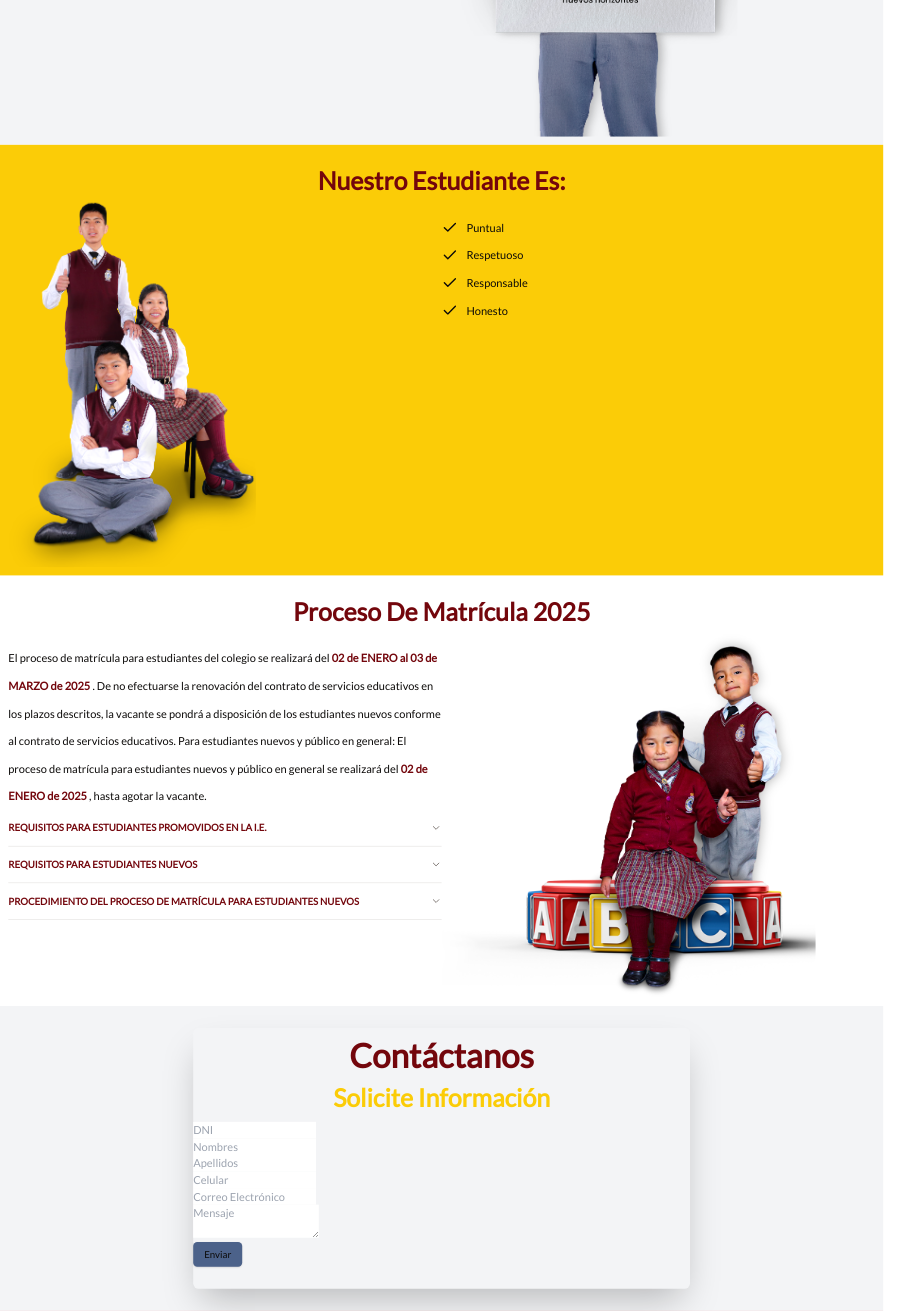
Repository: jefrydep/new_horizont_school
Page: /
These files come from the project's save history. The page is drawn as it stood at one moment and after the next save; the edit follows.
The browser window is 1280 px wide. The page is 1328 px wide, so the pictures cover 1328 px, including what lies to the right of the window. The pictures show the part of the page from y = 1826 to 3726 px (the page is 4656 px tall before and 4668 px after), at 69% of full size.
Pictures or frames that could not be fetched are drawn as grey boxes. The project was rebuilt for these pictures with package versions that can differ from the ones it lists, and the page was loaded fresh each time. The framework's server and built-in components were replaced by stand-ins that run in the browser. Also part of the build but not shown: next.config.ts.

Above is the page before, as saved 2024-11-28 20:45:17.

### src/app/layout.tsx
import type { Metadata } from "next";
import "./globals.css";
import Navbar from "@/components/Navbar";
import Footer from "@/components/Footer";


import { Lato } from 'next/font/google'

const lato = Lato({
  weight: '400',
  subsets: ['latin'],
  display: 'swap',
})

export const metadata: Metadata = {
  title: "COLEGIO INTERNACIONAL NUEVO HORIZONTE - JULIACA",
  description: "el mejor colegio de JULIACA,Colegio internacional nuevo horizonte",
};

export default function RootLayout({
  children,
}: Readonly<{
  children: React.ReactNode;
}>) {
  return (
    <html lang="es">

      <body
        className={` ${lato.className} antialiased `}
      >

        <div className="">
          <Navbar />
        </div>
        <main className="   ">

          {children}
          <div className="flex flex-col fixed  bottom-2     z-50   sm:top-1/2  gap-2">
            <a href="https://wa.me/+51999070701?text=Me%20gustar%C3%ADa%20recibir%20m%C3%A1s%20informaci%C3%B3n%20sobre%20el%20proceso%20de%20matr%C3%ADcula,%20requisitos%20y%20fechas%20importantes.%20Agradecer%C3%ADa%20su%20orientaci%C3%B3n%20para%20poder%20completar%20mi%20inscripci%C3%B3n%20de%20manera%20adecuada.%0A%0AQuedo%20atento%20a%20su%20respuesta.%0A%0ASaludos%20cordiales,%0A" target="_blank">
              {/* Solicitar información */}
              <img src="/whatsapp.png" alt="" className=" animate-bounce h-11  sm:h-16" />
            </a>

            <a href="https://www.tiktok.com/@colegionuevohorizonte" target="_blank">
              {/* Solicitar información */}
              <img src="/tik-tok.png" alt="" className=" animate-bounce h-11  sm:h-16 " />
            </a>
            <a href="https://www.facebook.com/internuevohorizonte  " target="_blank">
              {/* Solicitar información */}
              <img src="/facebook.png" alt="" className=" animate-bounce h-11  sm:h-16 " />
            </a>
            <a href="https://www.instagram.com/colegionuevohorizontejuliaca" target="_blank">
              {/* Solicitar información */}
              <img src="/instagram.png" alt="" className=" animate-bounce h-11  sm:h-16" />
            </a>
          </div>
        </main>
        <Footer />
      </body>
    </html>
  );
}

### src/app/page.tsx
import Form from "@/components/Form";
import Hero from "@/components/Hero";
import Location from "@/components/Location";
import PresentationCard from "@/components/PresentationCard";
import RegisterCard from "@/components/RegisterCard";
import StudentCard from "@/components/StudentCard";
import TrajectoryCard from "@/components/TrajectoryCard";

export default function Home() {
  return (
    <div className="">
      <Hero colorWave="#fff" title="¡Ya Iniciamos!" subtitle="ADMISION" year="2025" />
      <TrajectoryCard />
      <PresentationCard title="¡Bienvenidos Al Colegio!" subtitle="Nuevo Horizonte" />
      <StudentCard title="Nuestro Estudiante Es:" />
      <RegisterCard title="Proceso De Matrícula 2025" />
      <Form />
      <Location/>
    </div>
  );
}

### src/app/globals.css
@tailwind base;
@tailwind components;
@tailwind utilities;

body {
  font-family: Arial, Helvetica, sans-serif;
}

@layer base {
  :root {
    --background: 0 0% 100%;
    --foreground: 20 14.3% 4.1%;
    --card: 0 0% 100%;
    --card-foreground: 20 14.3% 4.1%;
    --popover: 0 0% 100%;
    --popover-foreground: 20 14.3% 4.1%;
    --primary: 24 9.8% 10%;
    --primary-foreground: 60 9.1% 97.8%;
    --secondary: 60 4.8% 95.9%;
    --secondary-foreground: 24 9.8% 10%;
    --muted: 60 4.8% 95.9%;
    --muted-foreground: 25 5.3% 44.7%;
    --accent: 60 4.8% 95.9%;
    --accent-foreground: 24 9.8% 10%;
    --destructive: 0 84.2% 60.2%;
    --destructive-foreground: 60 9.1% 97.8%;
    --border: 20 5.9% 90%;
    --input: 20 5.9% 90%;
    --ring: 20 14.3% 4.1%;
    --chart-1: 12 76% 61%;
    --chart-2: 173 58% 39%;
    --chart-3: 197 37% 24%;
    --chart-4: 43 74% 66%;
    --chart-5: 27 87% 67%;
    --radius: 0.5rem;
  }
  .dark {
    --background: 20 14.3% 4.1%;
    --foreground: 60 9.1% 97.8%;
    --card: 20 14.3% 4.1%;
    --card-foreground: 60 9.1% 97.8%;
    --popover: 20 14.3% 4.1%;
    --popover-foreground: 60 9.1% 97.8%;
    --primary: 60 9.1% 97.8%;
    --primary-foreground: 24 9.8% 10%;
    --secondary: 12 6.5% 15.1%;
    --secondary-foreground: 60 9.1% 97.8%;
    --muted: 12 6.5% 15.1%;
    --muted-foreground: 24 5.4% 63.9%;
    --accent: 12 6.5% 15.1%;
    --accent-foreground: 60 9.1% 97.8%;
    --destructive: 0 62.8% 30.6%;
    --destructive-foreground: 60 9.1% 97.8%;
    --border: 12 6.5% 15.1%;
    --input: 12 6.5% 15.1%;
    --ring: 24 5.7% 82.9%;
    --chart-1: 220 70% 50%;
    --chart-2: 160 60% 45%;
    --chart-3: 30 80% 55%;
    --chart-4: 280 65% 60%;
    --chart-5: 340 75% 55%;
  }
}

@layer base {
  * {
    @apply border-border;
  }
  body {
    @apply bg-background text-foreground;
  }
}
@keyframes slideDown {
  0% {
    transform: translateY(-20px);
    opacity: 0;
  }
  100% {
    transform: translateY(0);
    opacity: 1;
  }
}

.animate-slide-down {
  animation: slideDown 1s ease-out forwards;
}

/* Animación con retraso para un efecto de secuencia */
.animate-slide-down-delay-1 {
  animation: slideDown 1s ease-out forwards;
  animation-delay: 0.3s; /* Retraso para el primer texto */
}

.animate-slide-down-delay-2 {
  animation: slideDown 1s ease-out forwards;
  animation-delay: 0.6s; /* Retraso para el segundo texto */
}

### src/components/Form.tsx
"use client";

import React from "react";
import { Formik, Form, Field, ErrorMessage } from "formik";
import * as Yup from "yup";
import emailjs from "@emailjs/browser";
import { Button } from "./ui/button";

const ContactForm: React.FC = () => {
  const handleSubmit = async (
    values: any,
    { resetForm }: { resetForm: () => void }
  ) => {
    console.log(values);
    try {
      await emailjs.send(
        "service_ylr5l7x",
        "template_r33ljy7",
        values,
        "otiLUtXl2K09RKcCf"
      );
      alert("Mensaje enviado exitosamente");
      resetForm();
    } catch (error) {
      console.error("Error al enviar mensaje:", error);
      alert("Hubo un error al enviar el mensaje.");
    }
  };

  const validationSchema = Yup.object({
    dni: Yup.string().required("El DNI es obligatorio"),
    name: Yup.string().required("El nombre es obligatorio"),
    lastname: Yup.string().required("El apellido es obligatorio"),
    cellphone: Yup.string().required("El número de celular es obligatorio"),

    message: Yup.string().required("El mensaje es obligatorio"),
  });

  return (
    <div className="bg-gray-100  py-8">
      <div className="container pb-8 m-auto sm:w-[720px] shadow-2xl rounded-lg">
        <div className="py-4">
          <h5 className="font-bold mb-4  text-title  text-5xl text-center">
            Contáctanos
          </h5>
          <h4 className="font-bold text-4xl text-center text-subtitle">
            Solicite Información
          </h4>
        </div>
        <Formik
          initialValues={{
            dni: "",
            name: "",
            lastname: "",
            cellphone: "",
            email: "",
            message: "",
          }}
          validationSchema={validationSchema}
          onSubmit={handleSubmit}
        >
          <Form>
            <div>
              <Field name="dni" placeholder="DNI" className="input"   />
              <ErrorMessage
                name="dni"
                component="div"
                className="text-red-500"
              />
            </div>
            <div>
              <Field name="name" placeholder="Nombres" className="input" />
              <ErrorMessage
                name="name"
                component="div"
                className="text-red-500"
              />
            </div>
            <div>
              <Field
                name="lastname"
                placeholder="Apellidos"
                className="input"
              />
              <ErrorMessage
                name="lastname"
                component="div"
                className="text-red-500"
              />
            </div>
            <div>
              <Field name="cellphone" placeholder="Celular" className="input" />
              <ErrorMessage
                name="cellphone"
                component="div"
                className="text-red-500"
              />
            </div>
            <div>
              <Field
                name="email"
                placeholder="Correo Electrónico"
                className="input"
              />
              <ErrorMessage
                name="email"
                component="div"
                className="text-red-500"
              />
            </div>
            <div>
              <Field
                name="message"
                as="textarea"
                placeholder="Mensaje"
                className="input"
              />
              <ErrorMessage
                name="message"
                component="div"
                className="text-red-500"
              />
            </div>
            <Button type="submit">Enviar</Button>
          </Form>
        </Formik>
      </div>
    </div>
  );
};

export default ContactForm;

### src/components/Location.tsx

export default function Location() {
    return (
        <div className='w-full container m-auto bg-red-400'>
            {/* <iframe src="https://www.google.com/maps/embed?pb=!1m18!1m12!1m3!1d3844.9316625787906!2d-70.12231792745375!3d-15.488107585110283!2m3!1f0!2f0!3f0!3m2!1i1024!2i768!4f13.1!3m3!1m2!1s0x9167f3956c2bda63%3A0x64c4524617e0482a!2sColegio%20Nuevo%20Horizonte!5e0!3m2!1ses-419!2spe!4v1731094832258!5m2!1ses-419!2spe" width="600" height="450" style="border:0;" allowfullscreen="" loading="lazy" referrerpolicy="no-referrer-when-downgrade"></iframe> */}
            <iframe src="https://www.google.com/maps/embed?pb=!1m18!1m12!1m3!1d3844.9316625787906!2d-70.12231792745375!3d-15.488107585110283!2m3!1f0!2f0!3f0!3m2!1i1024!2i768!4f13.1!3m3!1m2!1s0x9167f3956c2bda63%3A0x64c4524617e0482a!2sColegio%20Nuevo%20Horizonte!5e0!3m2!1ses-419!2spe!4v1731094832258!5m2!1ses-419!2spe" width="100%" height="450"   loading="lazy"  ></iframe>
        </div>
    )
}

### src/components/PresentationCard.tsx
import {
    Accordion,
    AccordionContent,
    AccordionItem,
    AccordionTrigger,
} from "@/components/ui/accordion"


interface Props {
    title: string;
    subtitle: string;

}

export default function PresentationCard({ title, subtitle }: Props) {
    return (
        <div className="bg-gray-100">

            <div className="container grid  grid-cols-1 sm:grid-cols-2 gap-10   m-auto p-3">
                <div className="  w-full ">
                    <h4 className="text-4xl mt-4">{title}</h4>
                    <h4 className="text-4xl font-bold text-title">{subtitle}</h4>
                    <div className="leading-10 text-base mt-4">

                        <p>
                            El talento y la inteligencia de nuestros estudiantes y la alta preparación de nuestros docentes nos han hecho merecedores de los primeros lugares en premios de talla local, nacional. Ahora vamos por más...
                            Rumbo a las Bodas de Plata.

                        </p>

                    </div>
                    <div>
                        <Accordion type="single" collapsible>

                            <AccordionItem value="item-1 "  >
                                <AccordionTrigger className="text-title font-bold ">NIVEL PRIMARIA </AccordionTrigger>
                                <AccordionContent className="text-base leading-8">
                                    ¡Excelencia y dedicación en la formación del estudiante!
                                    Preparamos a nuestros estudiantes para responder a las exigencias de un mundo globalizado.
                                </AccordionContent>
                            </AccordionItem>


                            <AccordionItem value="item-2 "  >
                                <AccordionTrigger className="text-title font-bold ">NIVEL SECUNDARIA </AccordionTrigger>
                                <AccordionContent className="text-base leading-8">
                                    ¡Calidad e innovación en una formación integral!
                                    Nuestra finalidad fundamental es consolidar a través de un trabajo especializado por áreas, un plan estructurado de las áreas curriculares que está enfocado en el desarrollo de competencias y proyectos científicos.
                                </AccordionContent>
                            </AccordionItem>
                        </Accordion>




                    </div>
                </div>
                <div>
                    <img src="/matricula.png" alt=""  className="sm:h-[35rem]"/>
                </div>


            </div>
        </div>
    )
}

### src/components/StudentCard.tsx
import { Check } from "lucide-react";
const student = [
    {
        id: 1,
        profile: "Puntual"
    },
    {
        id: 2,
        profile: "Respetuoso"
    },
    {
        id: 3,
        profile: "Responsable"
    },
    {
        id: 4,
        profile: "Honesto"
    },

]
interface Props {
    title: string;

}
export default function StudentCard({ title }: Props) {
    return (
        <div className="bg-[#fbcc07] pt-8">

            <h4 className="text-4xl  text-title text-center font-bold">{title}</h4>
            <div className="container grid  grid-cols-1 sm:grid-cols-2   m-auto p-3">
                <div>
                    <img src="/SECUNDARIA.png" alt="nivel primaria" className="h-[23rem] sm:h-[33rem]" />
                </div>
                <div className="  w-full ">
                    {/* <h4 className="text-4xl">{subtitle}</h4> */}
                    <div className="leading-10 text-base mt-4">
                        {student.map(student => (



                            <span key={student.id} className="flex   items-center">
                                <Check />
                                <p className="ml-3">
                                    {student.profile}
                                </p>
                            </span>
                        ))}

                    </div>

                </div>


            </div>
        </div>
    )
}

### src/components/ui/button.tsx
import * as React from "react"
import { Slot } from "@radix-ui/react-slot"
import { cva, type VariantProps } from "class-variance-authority"

import { cn } from "@/lib/utils"

const buttonVariants = cva(
  "inline-flex items-center justify-center gap-2 whitespace-nowrap rounded-md text-sm font-medium transition-colors focus-visible:outline-none focus-visible:ring-1 focus-visible:ring-ring disabled:pointer-events-none disabled:opacity-50 [&_svg]:pointer-events-none [&_svg]:size-4 [&_svg]:shrink-0",
  {
    variants: {
      variant: {
        default:
          "bg-primary text-primary-foreground shadow hover:bg-primary/90",
        destructive:
          "bg-destructive text-destructive-foreground shadow-sm hover:bg-destructive/90",
        outline:
          "border border-input bg-background shadow-sm hover:bg-accent hover:text-accent-foreground",
        secondary:
          "bg-secondary text-secondary-foreground shadow-sm hover:bg-secondary/80",
        ghost: "hover:bg-accent hover:text-accent-foreground",
        link: "text-primary underline-offset-4 hover:underline",
      },
      size: {
        default: "h-9 px-4 py-2",
        sm: "h-8 rounded-md px-3 text-xs",
        lg: "h-10 rounded-md px-8",
        icon: "h-9 w-9",
      },
    },
    defaultVariants: {
      variant: "default",
      size: "default",
    },
  }
)

export interface ButtonProps
  extends React.ButtonHTMLAttributes<HTMLButtonElement>,
    VariantProps<typeof buttonVariants> {
  asChild?: boolean
}

const Button = React.forwardRef<HTMLButtonElement, ButtonProps>(
  ({ className, variant, size, asChild = false, ...props }, ref) => {
    const Comp = asChild ? Slot : "button"
    return (
      <Comp
        className={cn(buttonVariants({ variant, size, className }))}
        ref={ref}
        {...props}
      />
    )
  }
)
Button.displayName = "Button"

export { Button, buttonVariants }

### src/components/ui/accordion.tsx
"use client"

import * as React from "react"
import * as AccordionPrimitive from "@radix-ui/react-accordion"
import { ChevronDown } from "lucide-react"

import { cn } from "@/lib/utils"

const Accordion = AccordionPrimitive.Root

const AccordionItem = React.forwardRef<
  React.ElementRef<typeof AccordionPrimitive.Item>,
  React.ComponentPropsWithoutRef<typeof AccordionPrimitive.Item>
>(({ className, ...props }, ref) => (
  <AccordionPrimitive.Item
    ref={ref}
    className={cn("border-b", className)}
    {...props}
  />
))
AccordionItem.displayName = "AccordionItem"

const AccordionTrigger = React.forwardRef<
  React.ElementRef<typeof AccordionPrimitive.Trigger>,
  React.ComponentPropsWithoutRef<typeof AccordionPrimitive.Trigger>
>(({ className, children, ...props }, ref) => (
  <AccordionPrimitive.Header className="flex">
    <AccordionPrimitive.Trigger
      ref={ref}
      className={cn(
        "flex flex-1 items-center justify-between py-4 text-sm font-medium transition-all hover:underline text-left [&[data-state=open]>svg]:rotate-180",
        className
      )}
      {...props}
    >
      {children}
      <ChevronDown className="h-4 w-4 shrink-0 text-muted-foreground transition-transform duration-200" />
    </AccordionPrimitive.Trigger>
  </AccordionPrimitive.Header>
))
AccordionTrigger.displayName = AccordionPrimitive.Trigger.displayName

const AccordionContent = React.forwardRef<
  React.ElementRef<typeof AccordionPrimitive.Content>,
  React.ComponentPropsWithoutRef<typeof AccordionPrimitive.Content>
>(({ className, children, ...props }, ref) => (
  <AccordionPrimitive.Content
    ref={ref}
    className="overflow-hidden text-sm data-[state=closed]:animate-accordion-up data-[state=open]:animate-accordion-down"
    {...props}
  >
    <div className={cn("pb-4 pt-0", className)}>{children}</div>
  </AccordionPrimitive.Content>
))
AccordionContent.displayName = AccordionPrimitive.Content.displayName

export { Accordion, AccordionItem, AccordionTrigger, AccordionContent }

### tailwind.config.ts
import type { Config } from "tailwindcss";

export default {
	darkMode: ["class"],
	content: [
		"./src/pages/**/*.{js,ts,jsx,tsx,mdx}",
		"./src/components/**/*.{js,ts,jsx,tsx,mdx}",
		"./src/app/**/*.{js,ts,jsx,tsx,mdx}",
	],
	theme: {
    	extend: {
    		colors: {
    			background: 'hsl(var(--background))',
    			foreground: 'hsl(var(--foreground))',
    			card: {
    				DEFAULT: 'hsl(var(--card))',
    				foreground: 'hsl(var(--card-foreground))'
    			},
    			popover: {
    				DEFAULT: 'hsl(var(--popover))',
    				foreground: 'hsl(var(--popover-foreground))'
    			},
    			primary: {
    				DEFAULT: '#4c628a'
    			},
    			secondary: {
    				DEFAULT: '#1c1c1c'
    			},
    			backgroundGray: {
    				DEFAULT: '#d1d1d1'
    			},
				title:{
					DEFAULT:"#73060C"
				},
				subtitle:{
					DEFAULT:"#fbcc07"
				},
    			muted: {
    				DEFAULT: 'hsl(var(--muted))',
    				foreground: 'hsl(var(--muted-foreground))'
    			},
    			accent: {
    				DEFAULT: 'hsl(var(--accent))',
    				foreground: 'hsl(var(--accent-foreground))'
    			},
    			destructive: {
    				DEFAULT: 'hsl(var(--destructive))',
    				foreground: 'hsl(var(--destructive-foreground))'
    			},
    			border: 'hsl(var(--border))',
    			input: 'hsl(var(--input))',
    			ring: 'hsl(var(--ring))',
    			chart: {
    				'1': 'hsl(var(--chart-1))',
    				'2': 'hsl(var(--chart-2))',
    				'3': 'hsl(var(--chart-3))',
    				'4': 'hsl(var(--chart-4))',
    				'5': 'hsl(var(--chart-5))'
    			}
    		},
    		borderRadius: {
    			lg: 'var(--radius)',
    			md: 'calc(var(--radius) - 2px)',
    			sm: 'calc(var(--radius) - 4px)'
    		},
    		keyframes: {
    			'accordion-down': {
    				from: {
    					height: '0'
    				},
    				to: {
    					height: 'var(--radix-accordion-content-height)'
    				}
    			},
    			'accordion-up': {
    				from: {
    					height: 'var(--radix-accordion-content-height)'
    				},
    				to: {
    					height: '0'
    				}
    			}
    		},
    		animation: {
    			'accordion-down': 'accordion-down 0.2s ease-out',
    			'accordion-up': 'accordion-up 0.2s ease-out'
    		}
    	}
    },
	plugins: [require("tailwindcss-animate")],
} satisfies Config;

### src/components/ui/input.tsx
import * as React from "react"

import { cn } from "@/lib/utils"

const Input = React.forwardRef<HTMLInputElement, React.ComponentProps<"input">>(
  ({ className, type, ...props }, ref) => {
    return (
      <input
        type={type}
        className={cn(
          "flex h-9 w-full rounded-md border  border-title bg-transparent  px-3 py-1 text-base shadow-sm transition-colors file:border-0 file:bg-transparent file:text-sm file:font-medium file:text-foreground placeholder:text-muted-foreground focus-visible:outline-none focus-visible:ring-1 focus-visible:ring-ring disabled:cursor-not-allowed disabled:opacity-50 md:text-sm",
          className
        )}
        ref={ref}
        {...props}
      />
    )
  }
)
Input.displayName = "Input"

export { Input }

Loaded but not shown: src/lib/utils.ts (common file); src/app/data/data.ts (459 lines, source omitted); src/components/Navbar.tsx (273 lines, source omitted); src/components/RegisterCard.tsx (178 lines, source omitted); src/components/ui/carousel.tsx (262 lines, source omitted); src/components/Hero.tsx (158 lines, source omitted); src/components/ui/navigation-menu.tsx (128 lines, source omitted); src/components/ui/sheet.tsx (140 lines, source omitted); src/components/Footer.tsx (97 lines, source omitted); src/components/TrajectoryCard.tsx (65 lines, source omitted)

After the next save:
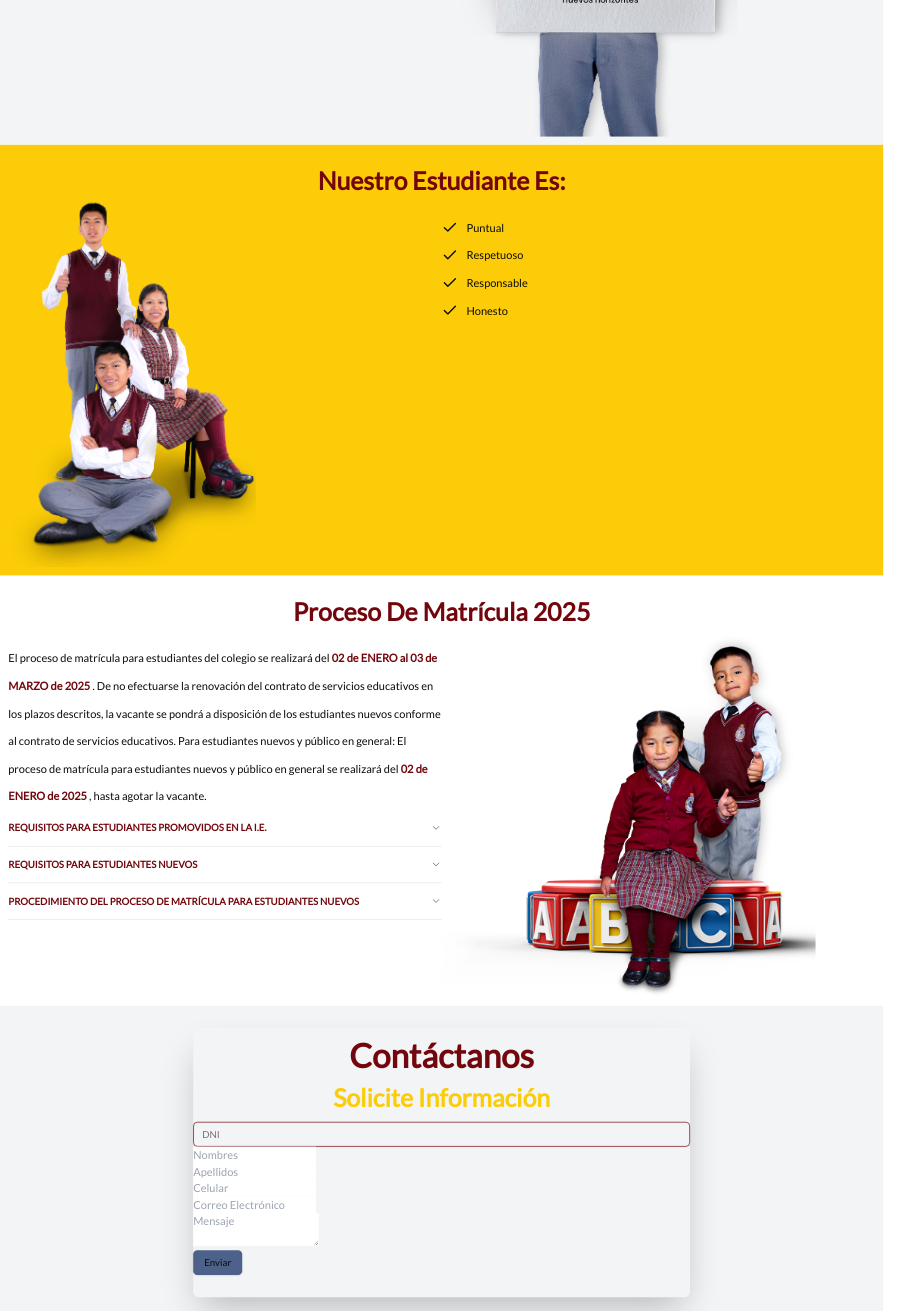
Saved 10 s later.
--- a/src/components/Form.tsx
+++ b/src/components/Form.tsx
@@ -5,6 +5,7 @@ import { Formik, Form, Field, ErrorMessage } from "formik";
 import * as Yup from "yup";
 import emailjs from "@emailjs/browser";
 import { Button } from "./ui/button";
+import { Input } from "./ui/input";
 
 const ContactForm: React.FC = () => {
   const handleSubmit = async (
@@ -61,7 +62,7 @@ const ContactForm: React.FC = () => {
         >
           <Form>
             <div>
-              <Field name="dni" placeholder="DNI" className="input"   />
+              <Field name="dni" placeholder="DNI" className="input"  as={Input} />
               <ErrorMessage
                 name="dni"
                 component="div"
